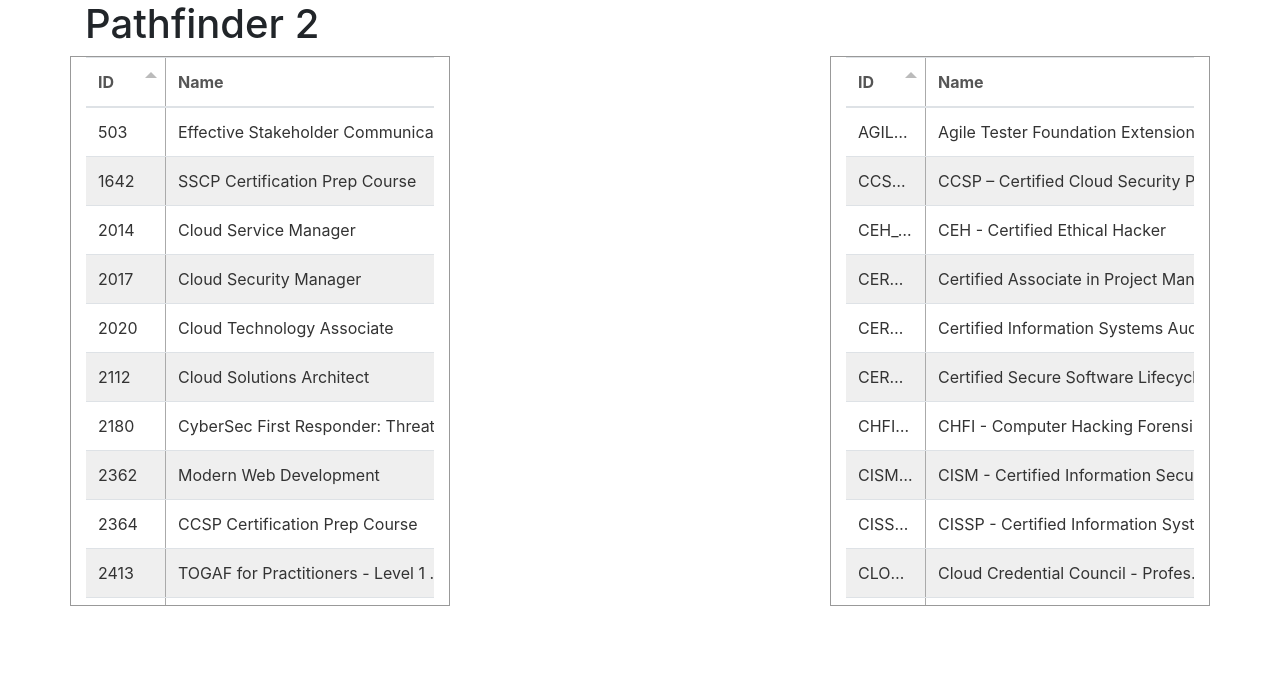
Repository: t1s1/pathfinder2
Page: index.html
The author's editor kept a record of every edit. The page is drawn from the files as they stood at one moment, then again after the next edit.
The browser window is 1280 px wide. The pictures show the whole page.

Above is the page before.

After the next edit:
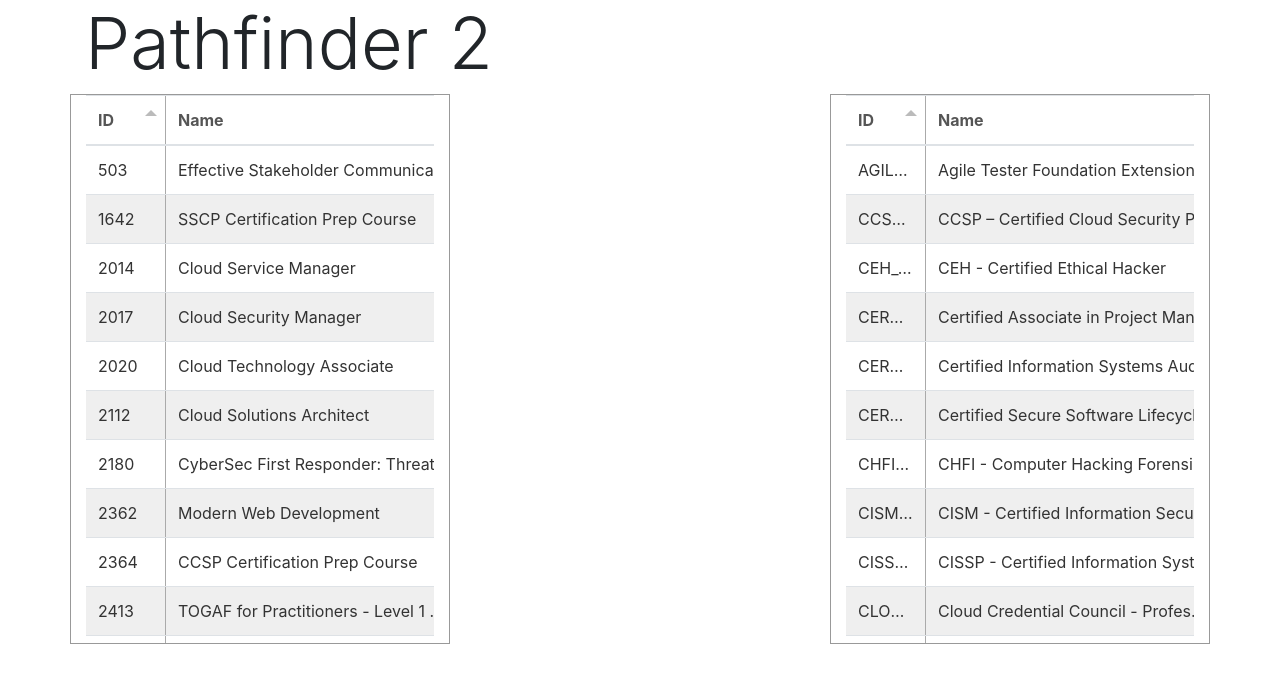
The edit:
--- a/index.html
+++ b/index.html
@@ -63,8 +63,8 @@
 
 <body>
 <div class="container">
-  <div class="row justify-content-center">
-    <div class="col-lg"><h1>Pathfinder 2</h1></div>
+  <div class="row">
+    <div class="col-lg"><h1 class="display-3">Pathfinder 2</h1></div>
   </div>
   <div class="row">
     <div id="course-table" class="col-xl-4"></div>
